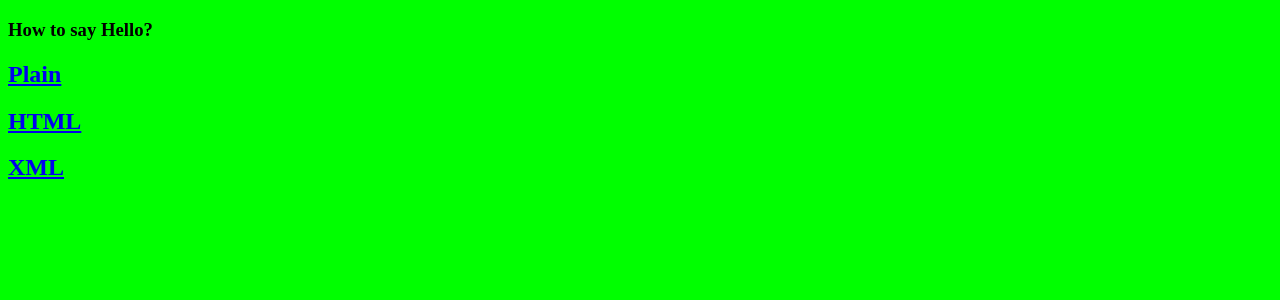
Repository: neera17/RESTfulWebService
Page: TribagoHotels/WebContent/index.html
An editor plug-in stored every save of this project. The page is shown before and after the next save, followed by the edit.
The browser window is 1280 px wide. The pictures show the whole page.

Above is the page before, as saved 2019-07-24 12:11:54.

After the next save:
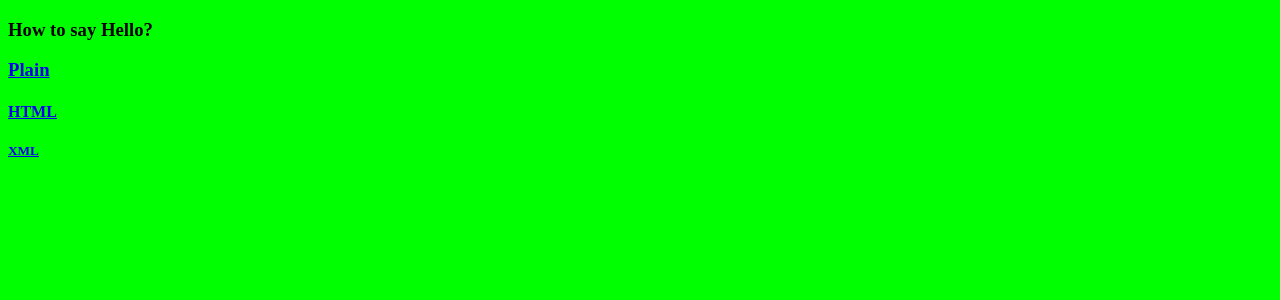
Saved 28 s later.
--- a/TribagoHotels/WebContent/index.html
+++ b/TribagoHotels/WebContent/index.html
@@ -15,10 +15,10 @@ body {
 </head>
 <body>
 
-   <h3>How to say Hello?</h3>
-   <h2><a href = "http://localhost:8080/HelloWebService/zenrest/zenhello">Plain</a></h2>
-   <h2><a href = "http://localhost:8080/HelloWebService/zenrest/zenhello/welcome">HTML</a></h2>
-   <h2><a href = "http://localhost:8080/HelloWebService/zenrest/zenhello/test">XML</a></h2>
+   <h3>How to say Hello?</h2>
+   <h3><a href = "http://localhost:8080/HelloWebService/zenrest/zenhello">Plain</a></h3>
+   <h4><a href = "http://localhost:8080/HelloWebService/zenrest/zenhello/welcome">HTML</a></h4>
+   <h5><a href = "http://localhost:8080/HelloWebService/zenrest/zenhello/test">XML</a></h5>
 
 </body>
 </html>
